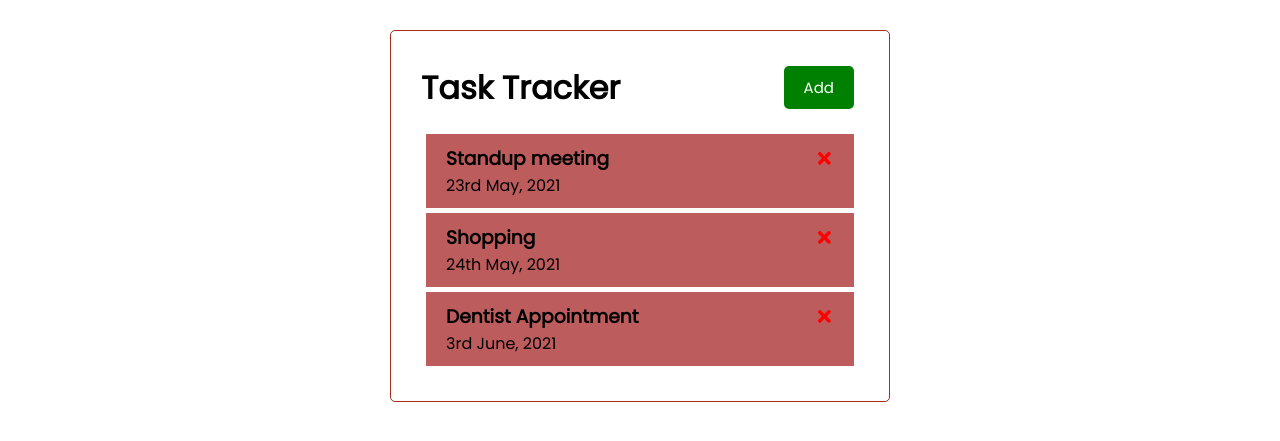
Repository: NIMRAH97/React-Strap-Test
Page: /
These files come from the project's save history. The page is drawn as it stood at one moment and after the next save; the edit follows.
The browser window is 1280 px wide. The pictures show the whole page.
The project was rebuilt for these pictures with package versions that can differ from the ones it lists, and the page was loaded fresh each time.

Above is the page before, as saved 2021-05-22 18:05:50.

### src/index.css
@import url('https://fonts.googleapis.com/css2?family=Poppins:wght@300;400&display=swap');

* {
  box-sizing: border-box;
  margin: 0;
  padding: 0;
}

body {
  font-family: 'Poppins', sans-serif;
}

.container {
  max-width: 500px;
  margin: 30px auto;
  overflow: auto;
  min-height: 300px;
  border: 1px solid rgb(165, 44, 23);
  padding: 30px;
  border-radius: 5px;
}

.header {
  display: flex;
  justify-content: space-between;
  align-items: center;
  margin-bottom: 20px;
}

.btn {
  display: inline-block;
  background: #000;
  color: #fff;
  border: none;
  padding: 10px 20px;
  margin: 5px;
  border-radius: 5px;
  cursor: pointer;
  text-decoration: none;
  font-size: 15px;
  font-family: inherit;
}

.btn:focus {
  outline: none;
}

.btn:active {
  transform: scale(0.98);
}

.btn-block {
  display: block;
  width: 100%;
}

.task {
  background: #bd5c5c;
  margin: 5px;
  padding: 10px 20px;
  cursor: pointer;
}

.task.reminder {
  border-left: 5px solid green;
}

.task h3 {
  display: flex;
  align-items: center;
  justify-content: space-between;
}

.add-form {
  margin-bottom: 40px;
}

.form-control {
  margin: 20px 0;
}

.form-control label {
  display: block;
}

.form-control input {
  width: 100%;
  height: 40px;
  margin: 5px;
  padding: 3px 7px;
  font-size: 17px;
}

.form-control-check {
  display: flex;
  align-items: center;
  justify-content: space-between;
}

.form-control-check label {
  flex: 1;
}

.form-control-check input {
  flex: 2;
  height: 20px;
}

footer {
  margin-top: 30px;
  text-align: center;
}

### src/App.js
import { useState } from 'react';
import Header from './components/Header';
import Tasks from './components/Tasks';

const App = () => {
    const [tasks, setTasks] = useState([
        {
            id: 1,
            text: "Standup meeting",
            day: '23rd May, 2021',
            reminder: true

        },
        {
            id: 2,
            text: "Shopping",
            day: '24th May, 2021',
            reminder: true

        },
        {
            id: 3,
            text: "Dentist Appointment",
            day: '3rd June, 2021',
            reminder: false

        }

    ])
    return (
        <div className='container'>
            <Header />
            <Tasks tasks={tasks} />
        </div>
    )
}

export default App;

### src/components/Header.js
import PropTypes from 'prop-types'
import Button from './Button'
const Header = ({ title }) => {
  const onClick = () => {
    console.log("click triggered")
  }
  return (
    <header className="header">
      <h1>{title}</h1>
      <Button color="green" text='Add' onClick={onClick} />
    </header>
  )
}

Header.defaultProps = {
  title: "Task Tracker",
}
Header.propTypes = {
  title: PropTypes.string.isRequired,
}
export default Header

### src/components/Tasks.js
import Task from './Task'
const Tasks = ({ tasks }) => {
    return (
        <>
            {tasks.map((task) => (
                <Task key={task.id} task={task} />
            ))}
        </>
    )
}

export default Tasks

### src/components/Button.js
import PropTypes from 'prop-types'

const Button = ({ color, text, onClick }) => {

    return <button onClick={onClick} style={{ backgroundColor: color }} className='btn'>{text}</button>
}

Button.defaultProps = {
    color: 'steelBlue',
}
Button.propTypes = {
    text: PropTypes.string,
    color: PropTypes.string,
    onClick: PropTypes.func,
}

export default Button

### src/components/Task.js
import { FaTimes } from 'react-icons/fa'
const Task = ({ task }) => {
  return (
    <div className='task'>
      <h3>
        {task.text}<FaTimes style={{ color: 'red', cursor: 'pointer' }} />
      </h3>
      <p>{task.day}</p>

    </div>
  )
}

export default Task

Loaded but not shown: public/index.html (common file); src/index.js (common file); src/reportWebVitals.js (common file)

After the next save:
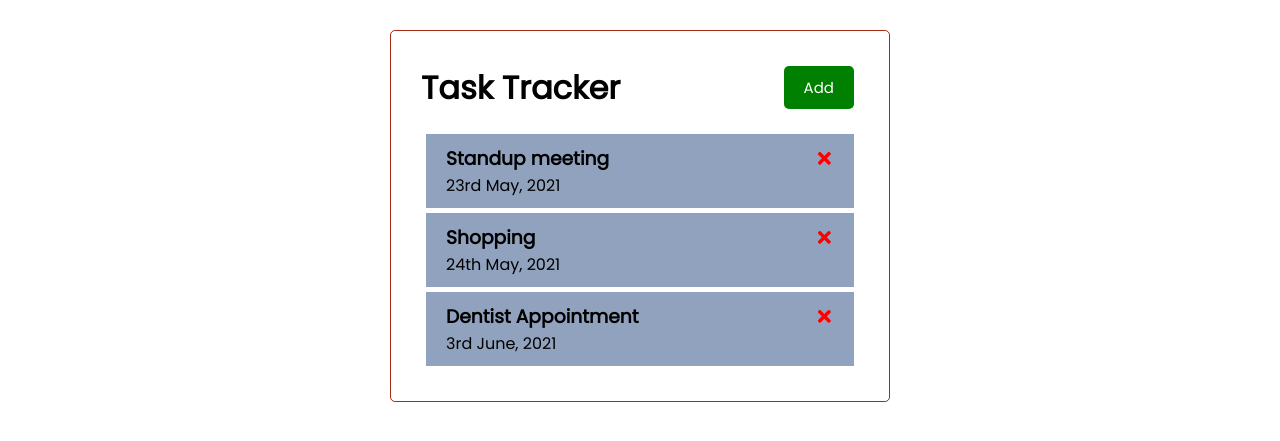
Saved 39 s later.
--- a/src/index.css
+++ b/src/index.css
@@ -55,7 +55,7 @@ body {
 }
 
 .task {
-  background: #bd5c5c;
+  background: #90a2bd;
   margin: 5px;
   padding: 10px 20px;
   cursor: pointer;
